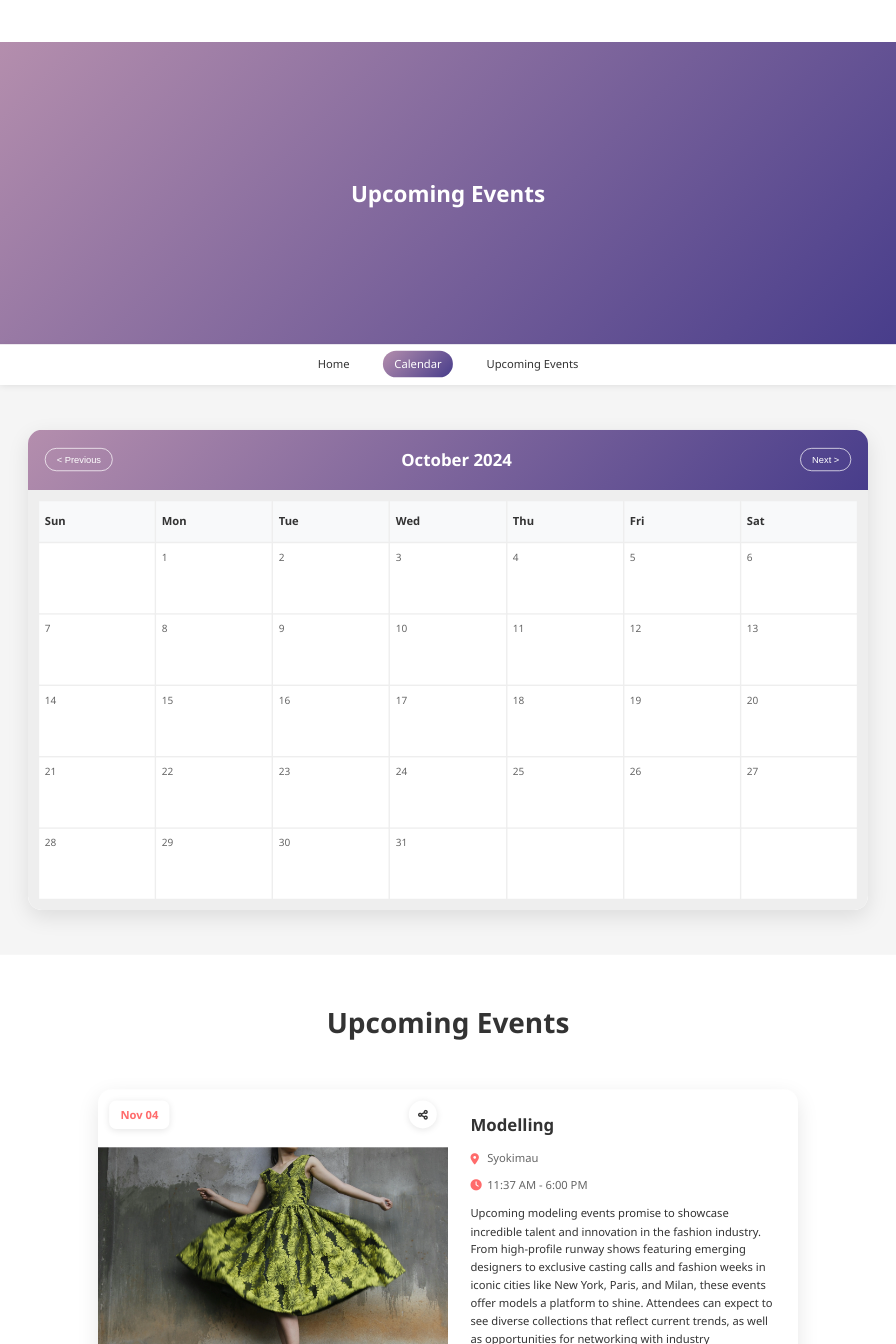
Repository: mrPractise/Susan-Portfolio
Page: http://localhost/events
These files come from the project's save history. The page is drawn as it stood at one moment and after the next save; the edit follows.
The browser window is 1280 px wide. The pictures show the part of the page from y = 0 to 1920 px (the page is 2700 px tall), at 70% of full size.
The page is served by the project's application, run on Django 5.2 (manage.py). The page reads the database file committed with the project.

Above is the page before, as saved 2024-10-31 17:42:56.

After the next save:
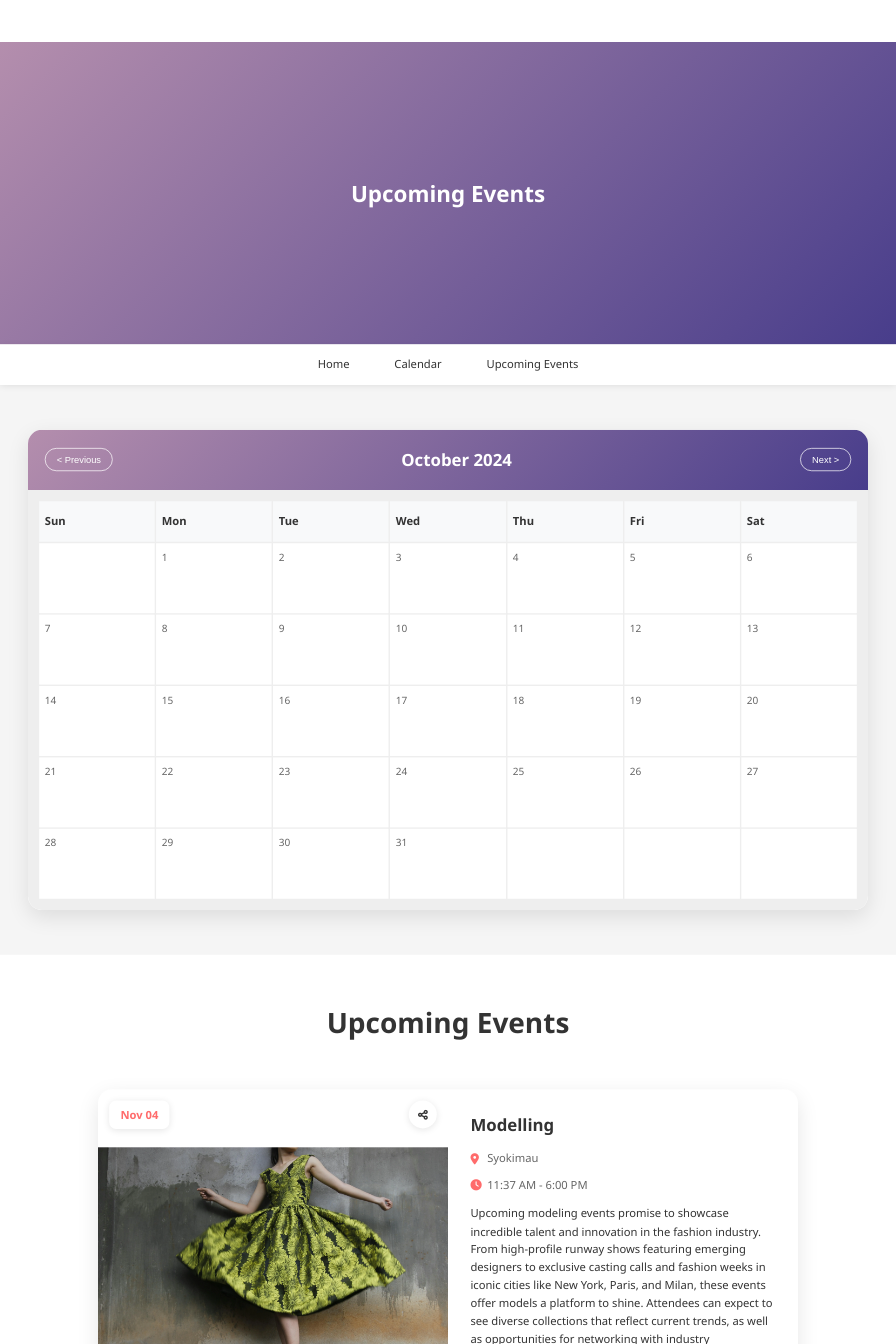
Saved 82 s later.
--- a/templates/events.html
+++ b/templates/events.html
@@ -21,7 +21,7 @@
     <nav class="events-nav">
         <ul>
             <li><a href="{% url 'home' %}">Home</a></li>
-            <li><a href="#calendar" class="active">Calendar</a></li>
+            <li><a href="#calendar">Calendar</a></li>
             <li><a href="#upcoming">Upcoming Events</a></li>
         </ul>
     </nav>
